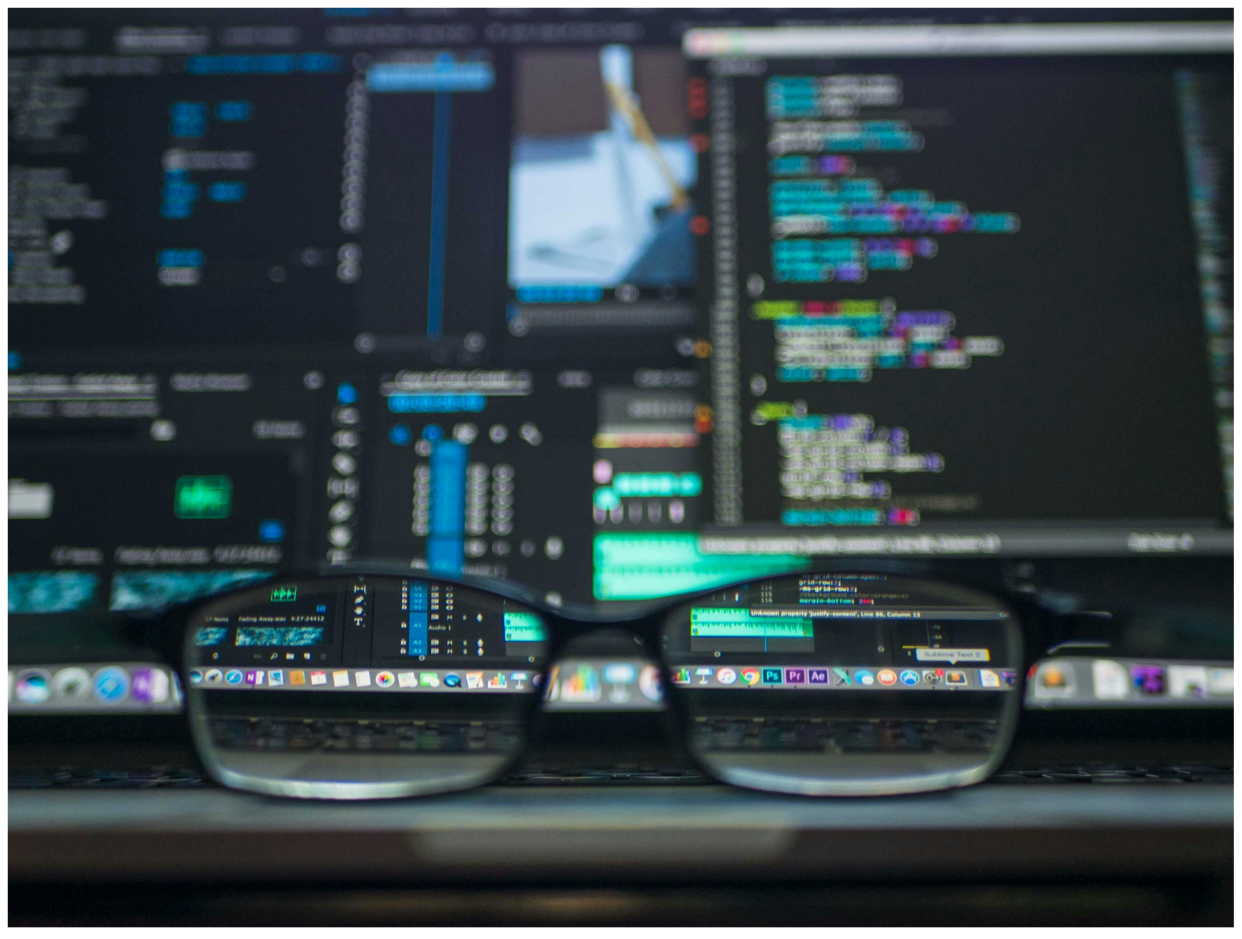
Repository: Caiquedev123/Sites
Page: index.html
The author's editor kept a copy of each file at every save. The page is drawn from the files as they stood at one save, then again after a run of saves.
The browser window is 1280 px wide. The pictures show the whole page, at 97% of full size.

Above is the page before, as saved 2024-07-22 14:04:31.

After the next 4 saves:
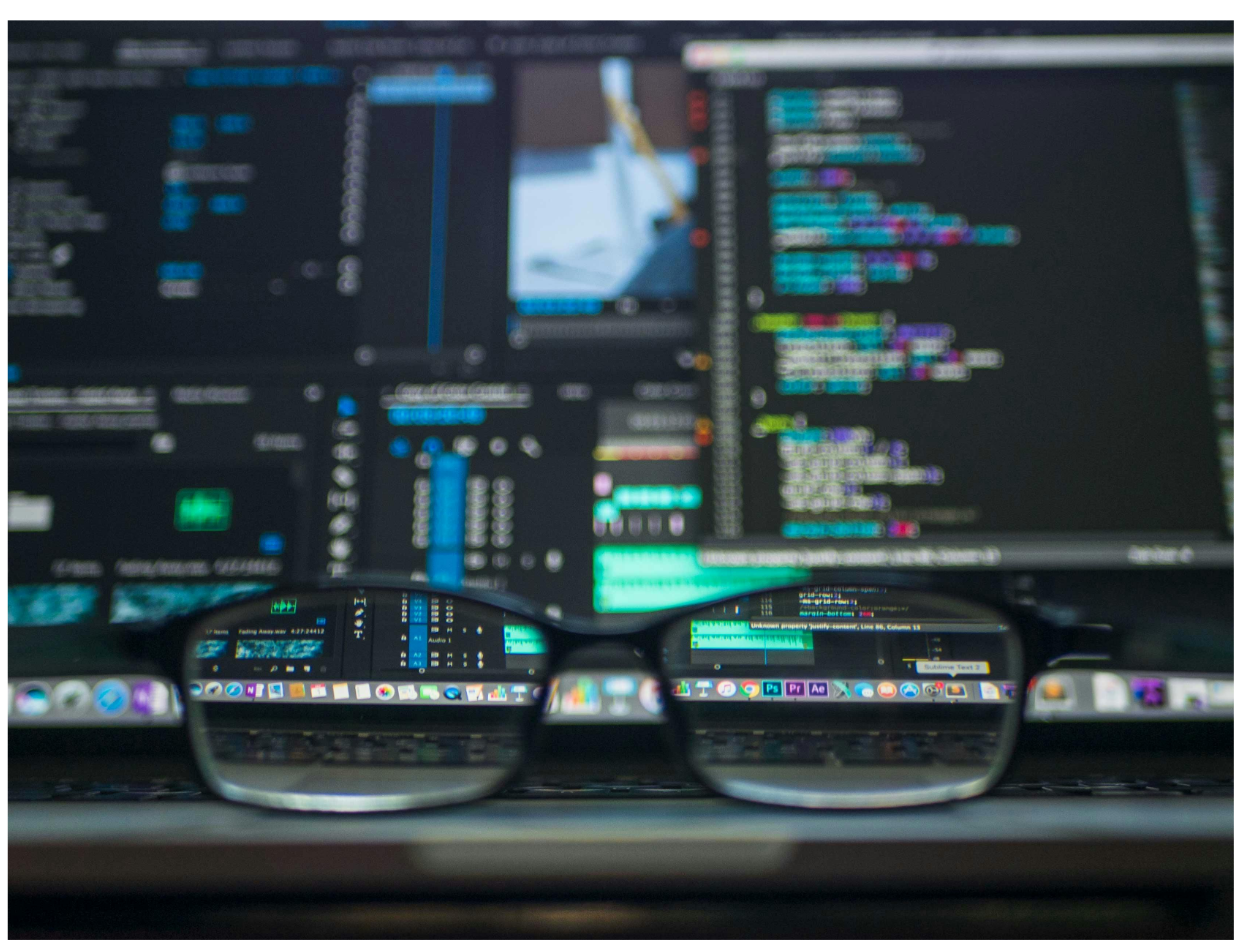
The 4 saves are shown as one change because they came seconds apart.
The last was saved 9 s later.
--- a/index.html
+++ b/index.html
@@ -7,7 +7,9 @@
     <link rel="stylesheet" href="style.css">
 </head>
 <body>
-
+    <div class="container">
+        <h1></h1>
+    </div>
     <section class="imagens">
         <img src="./imagem/Progrmação.jpg" alt="programação">
     </section>
